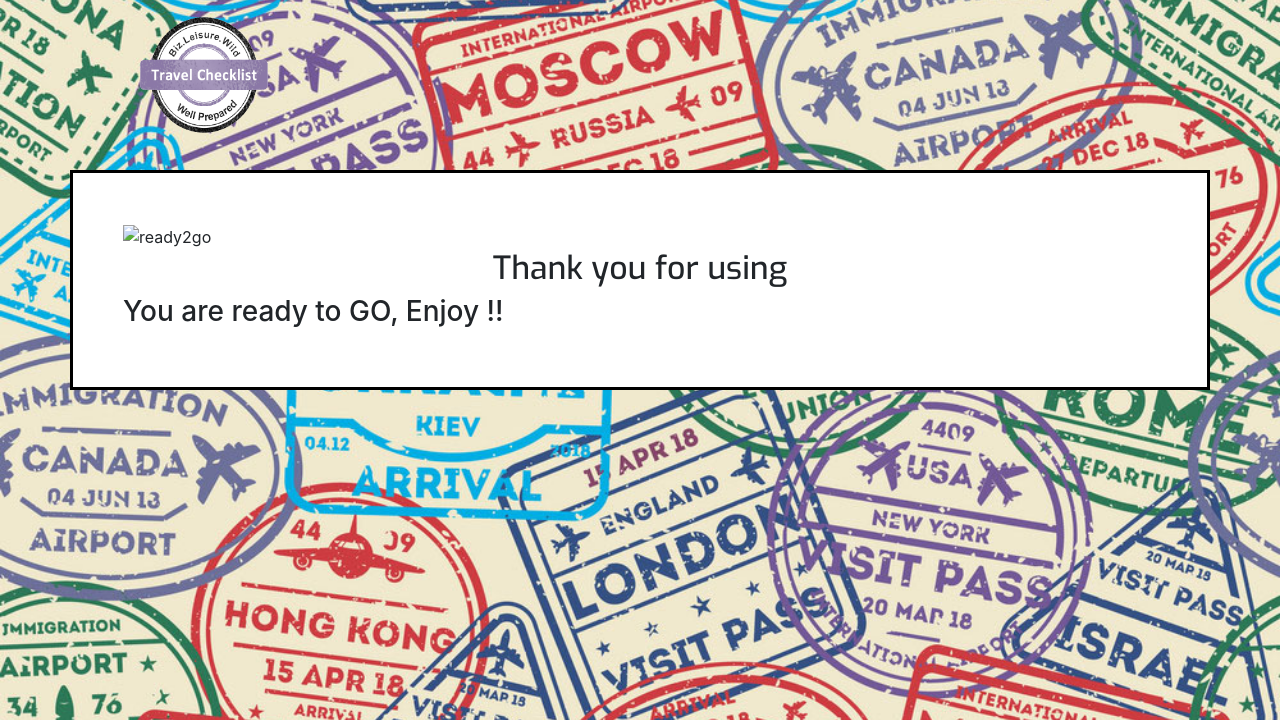
Repository: Code-Institute-Submissions/travelChecklist
Page: donepage.html
The author's editor kept a record of every edit. The page is drawn from the files as they stood at one moment, then again after the next edit.
The browser window is 1280 px wide. The pictures show the whole page.

Above is the page before.

### donepage.html
<!DOCTYPE html>
<html lang="en">

<head>
    <meta charset="UTF-8">
    <meta name="viewport" content="width=device-width, initial-scale=1.0">
    <meta http-equiv="X-UA-Compatible" content="ie=edge">

    <link rel="stylesheet" href="https://stackpath.bootstrapcdn.com/bootstrap/4.3.1/css/bootstrap.min.css" type="text/css">
    <link rel="stylesheet" href="https://stackpath.bootstrapcdn.com/font-awesome/4.7.0/css/font-awesome.min.css" type="text/css">
    <link rel="stylesheet" href="https://cdnjs.cloudflare.com/ajax/libs/hover.css/2.3.1/css/hover-min.css" type="text/css">
    <link rel="stylesheet" href="asset/css/style.css" type="text/css">



    <title>Travel Checklist</title>
</head>

<body>
    <div class="bg-color">
    <header>

            <div class="row">
        <a href="index.html" class="col"><img src="asset/images/logo.png" alt="logo" class="logo"/></a></div>

            <div class="container">
        <img scr="asset/images/ready2go.png" alt="ready2go">
        <h2>Thank you for using</h2>
        <h3>You are ready to GO, Enjoy !!</h3>

    </div>
    </header>
    </div>


</body>

</html>

### asset/css/style.css
@import url('https://fonts.googleapis.com/css?family=Roboto:100,200,300,400,500,600,700|Exo:100,200,300,400,500,600,700');

body,
html {
  height: 100%;
}

.logo {
  height: 150px;
  margin-left: 10%;
}

.bg-color {
  background-image: url("../images/background.jpg");
  height: 100%;
  max-width: 100%;
  overflow: hidden;
  background-position: center;
  background-repeat: no-repeat;
  background-size: cover;
}



/*--------------------------------------------------------------Middle Container**/

.container {
  width: 100%;
  border: 3px solid black;
  background-color: white;
  padding: 50px;
  margin: 20px;
  margin-left: auto;
  margin-right: auto;
  display: block;
  overflow: scroll;
  overflow-y: scroll;
  min-height: auto;
  max-height: 500px;
  overflow-x: none;
}

/*--------------------------------------------------------------Question Button**/

.btn {
  height: 350px;
  border-color: #aaa;
}

/*--------------------------------------------------------------Question Title**/

h2 {
  text-align: center;
  font-family: Exo, sans-serif;
}

/*--------------------------------------------------------------Checklist**/

.container-checklist {
  display: block;
  position: relative;
  padding-left: 35px;
  margin-bottom: 12px;
  cursor: pointer;
  font-size: 18px;
  -webkit-user-select: none;
  -moz-user-select: none;
  -ms-user-select: none;
  user-select: none;
}

.container-checklist input {
  position: absolute;
  opacity: 0;
  cursor: pointer;
  height: 0;
  width: 0;
}

.checkmark {
  position: absolute;
  top: 0;
  left: 0;
  height: 25px;
  width: 25px;
  background-color: #eee;
}

.container-checklist:hover input ~ .checkmark {
  background-color: #ccc;
}

.container-checklist input:checked ~ .checkmark {
  background-color: #2196F3;
}

.checkmark:after {
  content: "";
  position: absolute;
  display: none;
}

.container-checklist input:checked ~ .checkmark:after {
  display: block;
}

.container-checklist .checkmark:after {
  left: 9px;
  top: 5px;
  width: 5px;
  height: 10px;
  border: solid white;
  border-width: 0 3px 3px 0;
  -webkit-transform: rotate(45deg);
  -ms-transform: rotate(45deg);
  transform: rotate(45deg);
}

/*--------------------------------------------------------------footer**/

.footerbtn {
  float: right;
  margin-right: 3px;
  padding: 15px;
  border-radius: 9px;
  background-color: #8b78a7;
  color: black;
  opacity: 0.8;
  transition: 0.3s;
  text-decoration: none;
  cursor: pointer;
}

.footerbtn:hover {opacity: 1}

/*-------------------------------------------------------------done btn**/

.donebtn {
  float: right;
  margin-right: 15%;
  padding: 15px 20px;
  border-radius: 9px;
  background-color: #8b78a7;
  color: black;
  opacity: 0.8;
  transition: 0.3s;
  text-decoration: none;
  cursor: pointer;
}

.donebtn:hover {
  opacity: 1;;
}

a {
  text-decoration: none;
}

a:hover {
  text-decoration: none;
}

/*---------------------------------------------------------------media**/
@media only screen and (max-width: 600px) {
  .container {height: 70%;}
  .logo {height: 100px;}
}

div#map {
  min-height: 200px;
  width: 50%;
}

.map-location {
  float: left;
}

After the next edit:
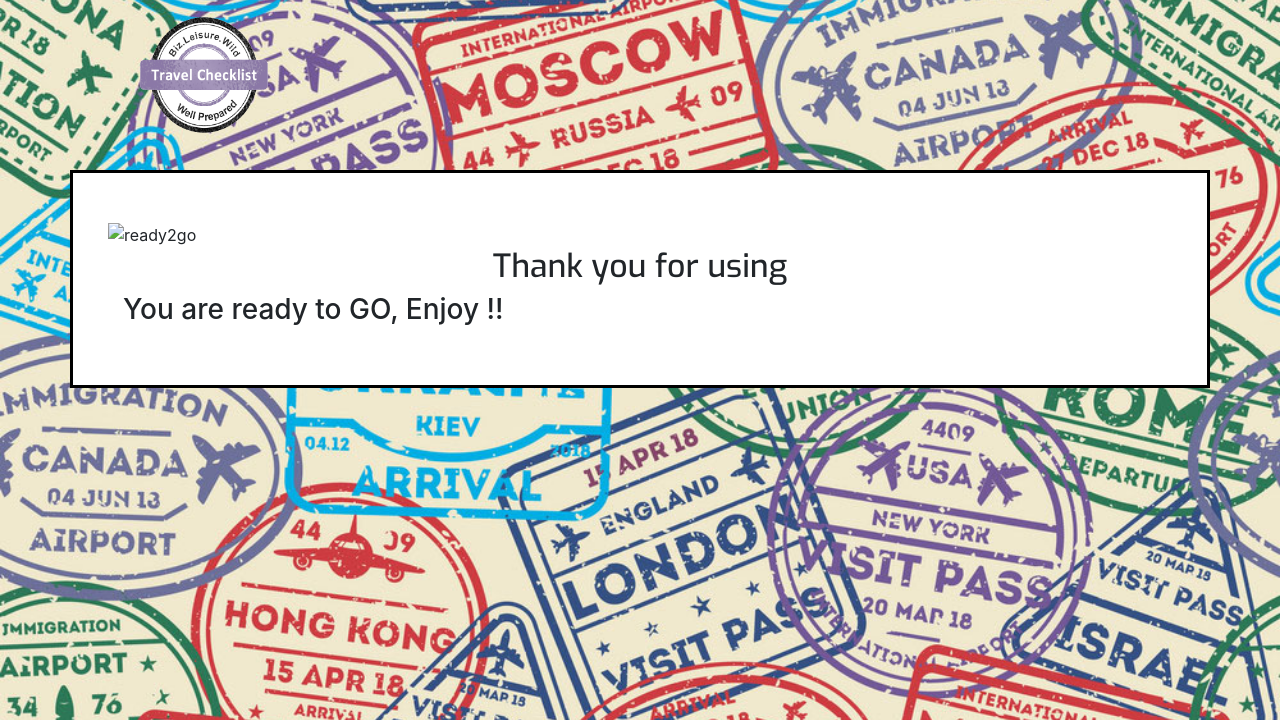
The edit:
--- a/donepage.html
+++ b/donepage.html
@@ -24,7 +24,9 @@
         <a href="index.html" class="col"><img src="asset/images/logo.png" alt="logo" class="logo"/></a></div>
 
             <div class="container">
-        <img scr="asset/images/ready2go.png" alt="ready2go">
+                <div class="row">
+        <img scr="asset/images/ready2go.png" alt="ready2go" class="ready2go">
+        </div>
         <h2>Thank you for using</h2>
         <h3>You are ready to GO, Enjoy !!</h3>
 
